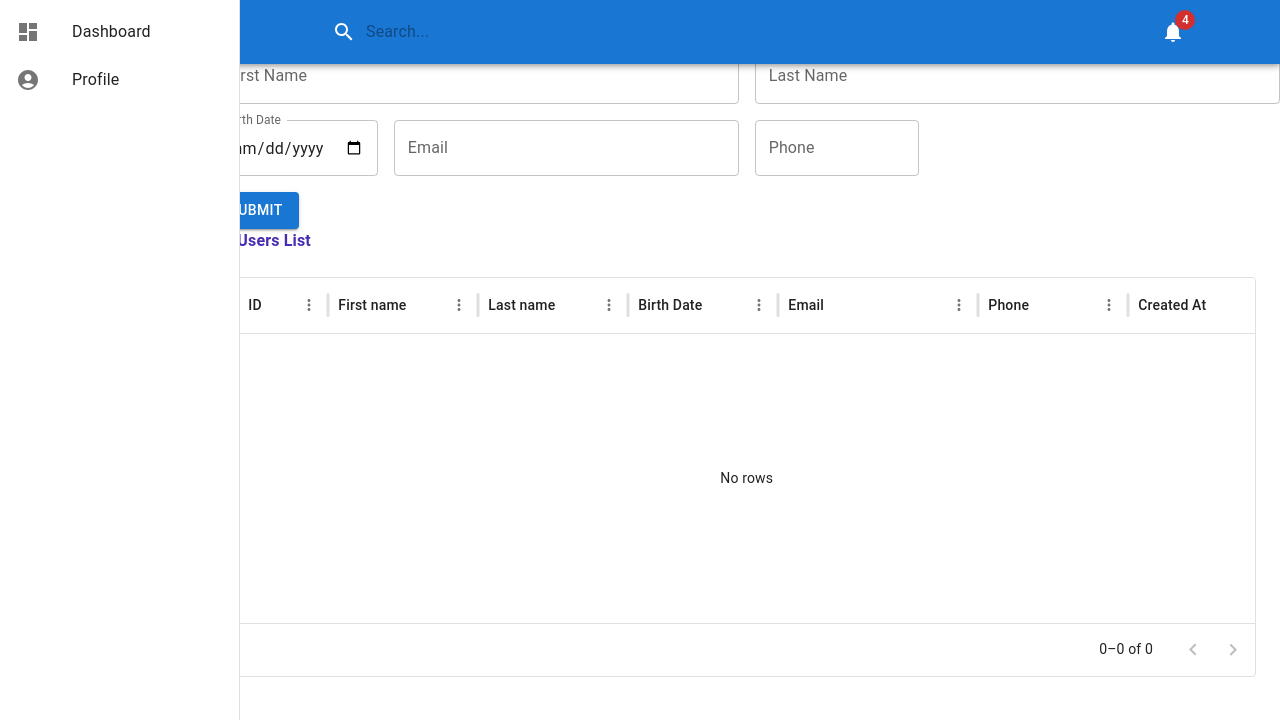
Repository: lenx0/front-client-manager
Page: /
The author's editor kept a copy of each file at every save. The page is drawn from the files as they stood at one save, then again after the next save.
The browser window is 1280 px wide. The pictures show the whole page.
The page's requests for data from a server got no answer. The project was rebuilt for these pictures with package versions that can differ from the ones it lists, and the page was loaded fresh each time. No one was signed in, and anything a server would have sent is missing. Also part of the build but not shown: vite.config.js, src/App.css.

Above is the page before, as saved 2024-06-25 12:38:44.

After the next save:
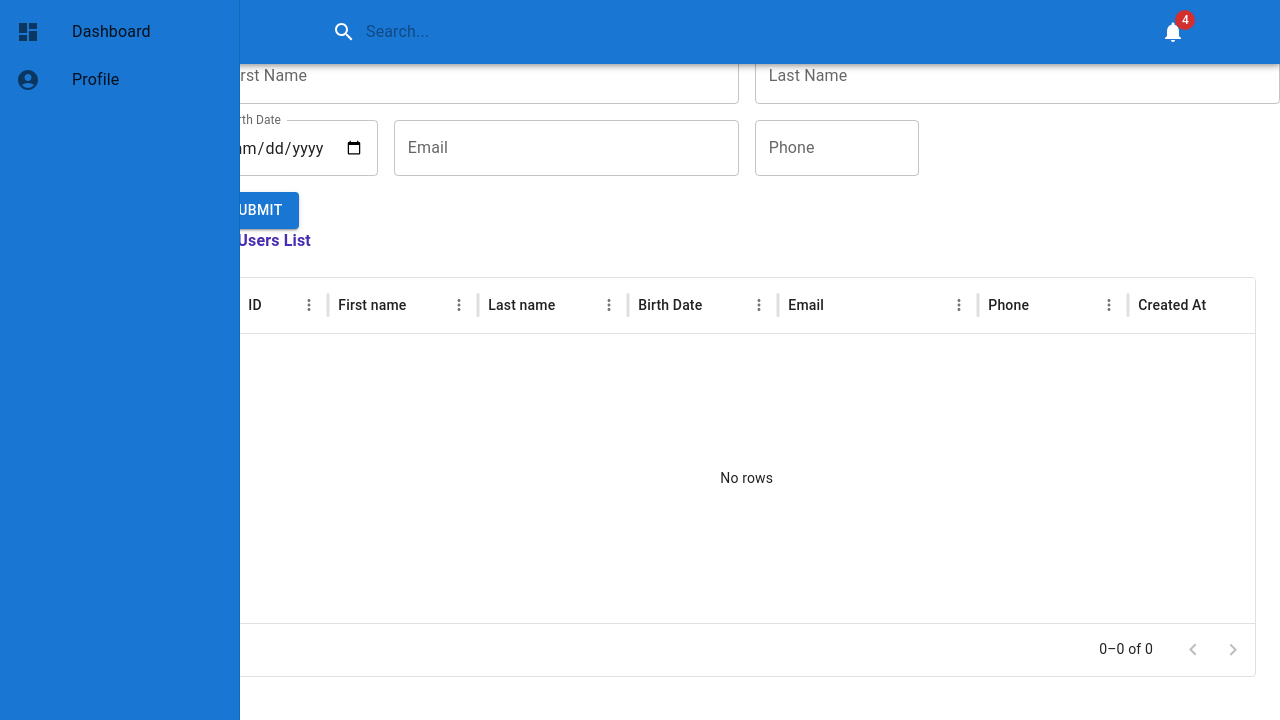
Saved 14 s later.
--- a/src/components/Layout/Sidebar.jsx
+++ b/src/components/Layout/Sidebar.jsx
@@ -9,10 +9,10 @@ const Sidebar = () => {
       sx={{
         width: 240,
         flexShrink: 0,
-        backgroundColor: '#1976d2',
         '& .MuiDrawer-paper': {
           width: 240,
           boxSizing: 'border-box',
+          backgroundColor: '#1976d2',
         },
       }}
     >
